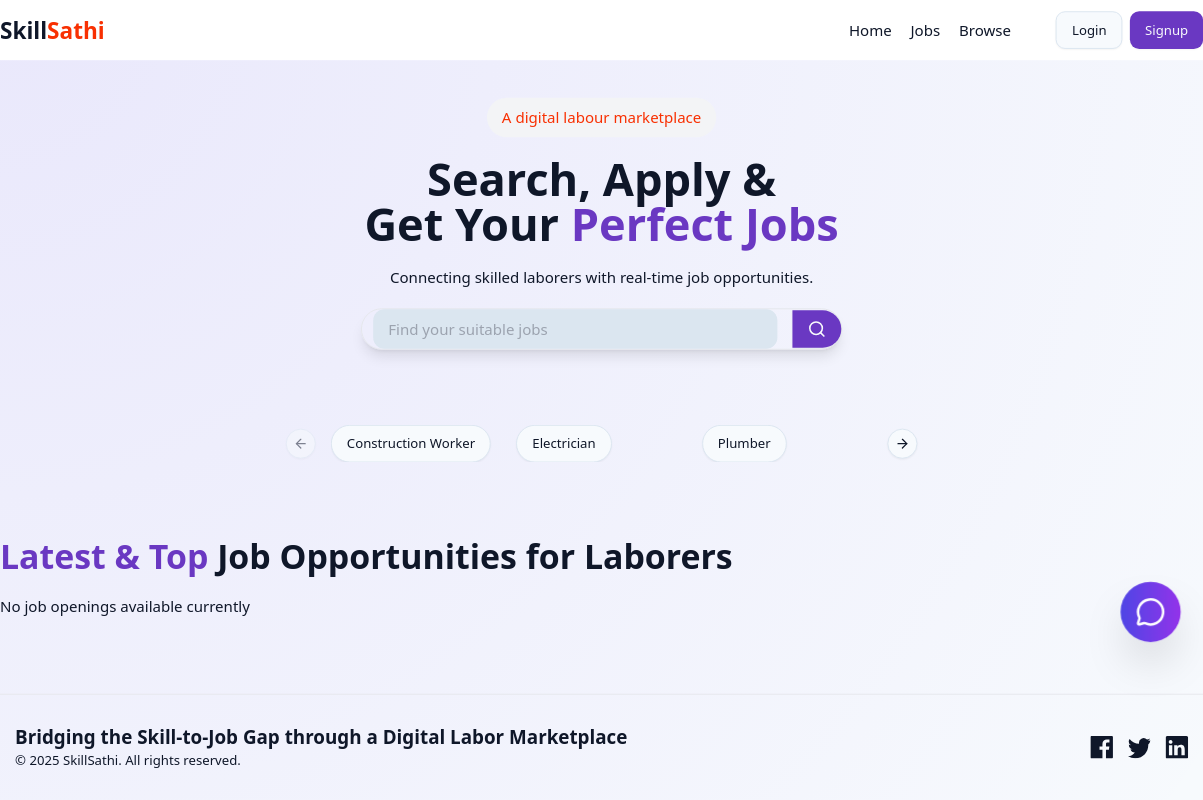
Repository: pi-AshuSingh/SkillSathi
Page: / (app in frontend/)
An editor plug-in stored every save of this project. The page is shown before and after the next save, followed by the edit.
The browser window is 1280 px wide. The pictures show the whole page, at 94% of full size.
The page's requests for data from a server got no answer. The project was rebuilt for these pictures with package versions that can differ from the ones it lists, and the page was loaded fresh each time. No one was signed in, and anything a server would have sent is missing. Also part of the build but not shown: frontend/vite.config.js, frontend/src/components/ui/popover.jsx, frontend/src/components/ui/avatar.jsx, frontend/src/components/ui/label.jsx, frontend/src/components/ui/input.jsx, frontend/src/components/ui/radio-group.jsx, frontend/src/components/auth/Login.jsx, frontend/src/components/auth/Signup.jsx and 32 more.

Above is the page before, as saved 2025-11-11 01:17:37.

### frontend/index.html
<!doctype html>
<html lang="en">
  <head>
    <meta charset="UTF-8" />
    <link rel="icon" type="image/svg+xml" href="/vite.svg" />
    <meta name="viewport" content="width=device-width, initial-scale=1.0" />
    <title>SkillSathi</title>
  </head>
  <body>
    <div id="root"></div>
    <script type="module" src="/src/main.jsx"></script>
  </body>
</html>

### frontend/src/index.css
@tailwind base;
@tailwind components;
@tailwind utilities;

@layer base {
  :root {
    /* Light mode colors */
    --background: 210 60% 98%;
    --foreground: 222 47% 11%;

    --card: 210 65% 96%;
    --card-foreground: 222 47% 11%;

    --popover: 210 65% 96%;
    --popover-foreground: 222 47% 11%;

    --primary: 255 84% 60%; /* vibrant blue */
    --primary-foreground: 210 40% 98%;

    --secondary: 300 45% 70%; /* gentle purple */
    --secondary-foreground: 255 84% 60%;

    --muted: 210 40% 95%;
    --muted-foreground: 210 20% 50%;

    --accent: 46 85% 65%; /* fresh green */
    --accent-foreground: 210 40% 98%;

    --destructive: 344 85% 58%; /* soft red */
    --destructive-foreground: 210 40% 98%;

    --border: 210 40% 90%;
    --input: 210 40% 90%;
    --ring: 255 84% 70%;

    --radius: 0.75rem;
    --shadow-sm: 0 1px 2px rgb(0 0 0 / 0.05);
    --shadow-md: 0 4px 6px rgb(0 0 0 / 0.1);
    --shadow-lg: 0 10px 15px rgb(0 0 0 / 0.15);
  }

  .dark {
    /* Dark mode colors */
    --background: 222 20% 15%;
    --foreground: 210 40% 98%;

    --card: 222 20% 20%;
    --card-foreground: 210 40% 98%;

    --popover: 222 20% 20%;
    --popover-foreground: 210 40% 98%;

    --primary: 255 84% 70%;
    --primary-foreground: 222 47% 11%;

    --secondary: 300 55% 75%;
    --secondary-foreground: 255 84% 70%;

    --muted: 222 20% 25%;
    --muted-foreground: 210 20% 70%;

    --accent: 140 60% 55%;
    --accent-foreground: 210 40% 98%;

    --destructive: 344 70% 58%;
    --destructive-foreground: 210 40% 98%;

    --border: 222 20% 25%;
    --input: 222 20% 25%;
    --ring: 255 84% 90%;
  }
}

@layer base {
  * {
    @apply border-border;
    transition-property: background-color, border-color, color, fill, stroke, box-shadow, transform;
    transition-duration: 300ms;
    transition-timing-function: cubic-bezier(0.4, 0, 0.2, 1);
  }

  body {
    @apply bg-background text-foreground font-sans leading-relaxed;
    background-image: radial-gradient(circle at top left, hsl(var(--primary) / 0.1), transparent);
  }

  button {
    @apply shadow-sm rounded-[var(--radius)] hover:shadow-md focus:outline-none focus:ring-2 focus:ring-offset-2 focus:ring-primary;
  }

  .card {
    @apply bg-card text-card-foreground p-6 rounded-[var(--radius)] shadow-md hover:shadow-lg transition-shadow;
  }

  input[type="text"], textarea, select {
    @apply bg-input border border-border rounded-[var(--radius)] px-4 py-2 focus:outline-none focus:ring-2 focus:ring-offset-1 focus:ring-accent transition;
  }
}

### frontend/src/components/ui/sonner.jsx
import { useTheme } from "next-themes"
import { Toaster as Sonner } from "sonner"

const Toaster = ({
  ...props
}) => {
  const { theme = "system" } = useTheme()

  return (
    (<Sonner
      theme={theme}
      className="toaster group"
      toastOptions={{
        classNames: {
          toast:
            "group toast group-[.toaster]:bg-background group-[.toaster]:text-foreground group-[.toaster]:border-border group-[.toaster]:shadow-lg",
          description: "group-[.toast]:text-muted-foreground",
          actionButton:
            "group-[.toast]:bg-primary group-[.toast]:text-primary-foreground",
          cancelButton:
            "group-[.toast]:bg-muted group-[.toast]:text-muted-foreground",
        },
      }}
      {...props} />)
  );
}

export { Toaster }

### frontend/src/components/Home.jsx
import React, { useEffect } from 'react'
import Navbar from './shared/Navbar'
import HeroSection from './HeroSection'
import CategoryCarousel from './CategoryCarousel'
import LatestJobs from './LatestJobs'
import Footer from './shared/Footer'
import useGetAllJobs from '@/hooks/useGetAllJobs'
import { useSelector } from 'react-redux'
import { useNavigate } from 'react-router-dom'

const Home = () => {
  useGetAllJobs();
  const { user } = useSelector(store => store.auth);
  const navigate = useNavigate();
  useEffect(() => {
    if (user?.role === 'recruiter') {
      navigate("/admin/companies");
    }
  }, []);
  return (
    <div>
      <Navbar />
      <HeroSection />
      <CategoryCarousel />
      <LatestJobs />
      <Footer />
    </div>
  )
}

export default Home

### frontend/src/components/ui/button.jsx
import * as React from "react"
import { Slot } from "@radix-ui/react-slot"
import { cva } from "class-variance-authority";

import { cn } from "@/lib/utils"

const buttonVariants = cva(
  "inline-flex items-center justify-center whitespace-nowrap rounded-md text-sm font-medium ring-offset-background transition-colors focus-visible:outline-none focus-visible:ring-2 focus-visible:ring-ring focus-visible:ring-offset-2 disabled:pointer-events-none disabled:opacity-50",
  {
    variants: {
      variant: {
        default: "bg-primary text-primary-foreground hover:bg-primary/90",
        destructive:
          "bg-destructive text-destructive-foreground hover:bg-destructive/90",
        outline:
          "border border-input bg-background hover:bg-accent hover:text-accent-foreground",
        secondary:
          "bg-secondary text-secondary-foreground hover:bg-secondary/80",
        ghost: "hover:bg-accent hover:text-accent-foreground",
        link: "text-primary underline-offset-4 hover:underline",
      },
      size: {
        default: "h-10 px-4 py-2",
        sm: "h-9 rounded-md px-3",
        lg: "h-11 rounded-md px-8",
        icon: "h-10 w-10",
      },
    },
    defaultVariants: {
      variant: "default",
      size: "default",
    },
  }
)

const Button = React.forwardRef(({ className, variant, size, asChild = false, ...props }, ref) => {
  const Comp = asChild ? Slot : "button"
  return (
    (<Comp
      className={cn(buttonVariants({ variant, size, className }))}
      ref={ref}
      {...props} />)
  );
})
Button.displayName = "Button"

export { Button, buttonVariants }

### frontend/src/components/HeroSection.jsx
import React, { useState } from 'react'
import { Button } from './ui/button'
import { Search } from 'lucide-react'
import { useDispatch } from 'react-redux';
import { setSearchedQuery } from '@/redux/jobSlice';
import { useNavigate } from 'react-router-dom';

const HeroSection = () => {
  const [query, setQuery] = useState("");
  const dispatch = useDispatch();
  const navigate = useNavigate();

  const searchJobHandler = () => {
    if(query.trim()) {
      dispatch(setSearchedQuery(query));
      navigate("/browse");
    }
  }

  return (
    <div className='text-center'>
      <div className='flex flex-col gap-5 my-10'>
        <span className='mx-auto px-4 py-2 rounded-full bg-gray-100 text-[#F83002] font-medium'>A digital labour marketplace</span>
        <h1 className='text-5xl font-bold'>
          Search, Apply & <br />
          Get Your <span className='text-[#6A38C2]'>Perfect Jobs</span>
        </h1>
        <p>Connecting skilled laborers with real-time job opportunities.</p>
        <div className='flex w-[40%] shadow-lg border border-gray-200 pl-3 rounded-full items-center gap-4 mx-auto'>
          <input
            type="text"
            placeholder='Find your suitable jobs'
            onChange={(e) => setQuery(e.target.value)}
            className='outline-none border-none w-full'
            value={query}
          />
          <Button onClick={searchJobHandler} className="rounded-r-full bg-[#6A38C2]">
            <Search className='h-5 w-5' />
          </Button>
        </div>
      </div>
    </div>
  )
}

export default HeroSection;

### frontend/src/components/CategoryCarousel.jsx
import React from 'react';
import { Carousel, CarouselContent, CarouselItem, CarouselNext, CarouselPrevious } from './ui/carousel';
import { Button } from './ui/button';
import { useDispatch } from 'react-redux';
import { useNavigate } from 'react-router-dom';
import { setSearchedQuery } from '@/redux/jobSlice';

const categories = [
  "Construction Worker",
  "Electrician",
  "Plumber",
  "Carpenter",
  "Daily Wage Laborer"
];

const CategoryCarousel = () => {
  const dispatch = useDispatch();
  const navigate = useNavigate();

  const searchJobHandler = (query) => {
    dispatch(setSearchedQuery(query));
    navigate("/browse");
  }

  return (
    <div>
      <Carousel className="w-full max-w-xl mx-auto my-20">
        <CarouselContent>
          {
            categories.map((cat, index) => (
              <CarouselItem className="md:basis-1/2 lg:basis-1/3" key={index}>
                <Button onClick={() => searchJobHandler(cat)} variant="outline" className="rounded-full">
                  {cat}
                </Button>
              </CarouselItem>
            ))
          }
        </CarouselContent>
        <CarouselPrevious />
        <CarouselNext />
      </Carousel>
    </div>
  )
}

export default CategoryCarousel;

### frontend/src/components/LatestJobs.jsx
import React from 'react';
import LatestJobCards from './LatestJobCards';
import { useSelector } from 'react-redux';

const LatestJobs = () => {
  const { allJobs } = useSelector(store => store.job);

  return (
    <div className='max-w-7xl mx-auto my-20'>
      <h1 className='text-4xl font-bold'>
        <span className='text-[#6A38C2]'>Latest & Top </span> Job Opportunities for Laborers
      </h1>
      <div className='grid grid-cols-1 sm:grid-cols-2 md:grid-cols-3 gap-4 my-5'>
        {
          allJobs.length <= 0
          ? <span>No job openings available currently</span>
          : allJobs.slice(0, 6).map((job) => <LatestJobCards key={job._id} job={job} />)
        }
      </div>
    </div>
  );
};

export default LatestJobs;

### frontend/src/components/shared/Footer.jsx
import React from 'react';

const Footer = () => {
  return (
    <footer className="border-t border-t-gray-200 py-8">
      <div className="container mx-auto px-4">
        <div className="flex flex-col md:flex-row justify-between items-center">
          <div className="mb-4 md:mb-0">
            <h2 className="text-xl font-bold">Bridging the Skill-to-Job Gap through a Digital Labor Marketplace</h2>
            <p className="text-sm">© 2025 SkillSathi. All rights reserved.</p>
          </div>

          <div className="flex space-x-4 mt-4 md:mt-0">
  <a href="https://facebook.com" className="hover:text-gray-400" aria-label="[translate:Facebook]">
    <svg className="w-6 h-6" fill="currentColor" viewBox="0 0 24 24">
      <path d="M22.676 0H1.324C.593 0 0 .592 0 1.324v21.352C0 23.408.593 24 1.324 24H12.82V14.706H9.692v-3.578h3.128V8.408c0-3.1 1.893-4.787 4.657-4.787 1.325 0 2.463.1 2.794.144v3.238l-1.918.001c-1.503 0-1.794.715-1.794 1.762v2.31h3.587l-.468 3.578h-3.119V24h6.116C23.407 24 24 23.408 24 22.676V1.324C24 .592 23.407 0 22.676 0z" />
    </svg>
  </a>
  <a href="https://twitter.com" className="hover:text-gray-400" aria-label="[translate:Twitter]">
    <svg className="w-6 h-6" fill="currentColor" viewBox="0 0 24 24">
      <path d="M24 4.557a9.835 9.835 0 01-2.828.775 4.934 4.934 0 002.165-2.724 9.867 9.867 0 01-3.127 1.195 4.924 4.924 0 00-8.38 4.49A13.978 13.978 0 011.67 3.149 4.93 4.93 0 003.16 9.724a4.903 4.903 0 01-2.229-.616v.062a4.93 4.93 0 003.946 4.827 4.902 4.902 0 01-2.224.084 4.93 4.93 0 004.6 3.417A9.869 9.869 0 010 21.543a13.978 13.978 0 007.548 2.212c9.057 0 14.01-7.507 14.01-14.01 0-.213-.004-.425-.015-.636A10.012 10.012 0 0024 4.557z" />
    </svg>
  </a>
  <a href="https://linkedin.com" className="hover:text-gray-400" aria-label="[translate:LinkedIn]">
    <svg className="w-6 h-6" fill="currentColor" viewBox="0 0 24 24">
      <path d="M20.447 20.452H16.85v-5.569c0-1.327-.027-3.037-1.852-3.037-1.854 0-2.137 1.446-2.137 2.94v5.666H9.147V9.756h3.448v1.464h.05c.48-.91 1.653-1.871 3.401-1.871 3.634 0 4.307 2.39 4.307 5.498v5.605zM5.337 8.29c-1.105 0-2-.896-2-2 0-1.106.895-2 2-2 1.104 0 2 .895 2 2 0 1.104-.896 2-2 2zM7.119 20.452H3.553V9.756h3.566v10.696zM22.225 0H1.771C.791 0 0 .774 0 1.729v20.542C0 23.226.792 24 1.771 24h20.451c.979 0 1.771-.774 1.771-1.729V1.729C24 .774 23.205 0 22.225 0z" />
    </svg>
  </a>
</div>

        </div>
      </div>
    </footer>
  );
}

export default Footer;

### frontend/src/hooks/useGetAllJobs.jsx
import { setAllJobs } from '@/redux/jobSlice'
import { JOB_API_END_POINT } from '@/utils/constant'
import axios from 'axios'
import { useEffect } from 'react'
import { useDispatch, useSelector } from 'react-redux'

const useGetAllJobs = () => {
    const dispatch = useDispatch();
    const {searchedQuery} = useSelector(store=>store.job);
    useEffect(()=>{
        const fetchAllJobs = async () => {
            try {
                const res = await axios.get(`${JOB_API_END_POINT}/get?keyword=${searchedQuery}`,{withCredentials:true});
                if(res.data.success){
                    dispatch(setAllJobs(res.data.jobs));
                }
            } catch (error) {
                console.log(error);
                if (error?.response?.status === 401) {
                    dispatch(setAllJobs([])); // Clear jobs on unauthorized
                }
            }
        }
        fetchAllJobs();
    },[])
}

export default useGetAllJobs

Loaded but not shown: frontend/src/main.jsx (common file); frontend/src/redux/authSlice.js (common file); frontend/src/redux/applicationSlice.js (common file); frontend/src/lib/utils.js (common file); frontend/tailwind.config.js (common file); frontend/src/redux/jobSlice.js (43 lines, source omitted); frontend/src/redux/store.js (43 lines, source omitted); frontend/src/redux/companySlice.js (24 lines, source omitted); frontend/src/utils/constant.js (9 lines, source omitted); frontend/src/components/Chatbot.jsx (275 lines, source omitted); frontend/src/components/shared/Navbar.jsx (108 lines, source omitted); frontend/src/App.jsx (196 lines, source omitted); frontend/src/components/ui/carousel.jsx (193 lines, source omitted)

After the next save:
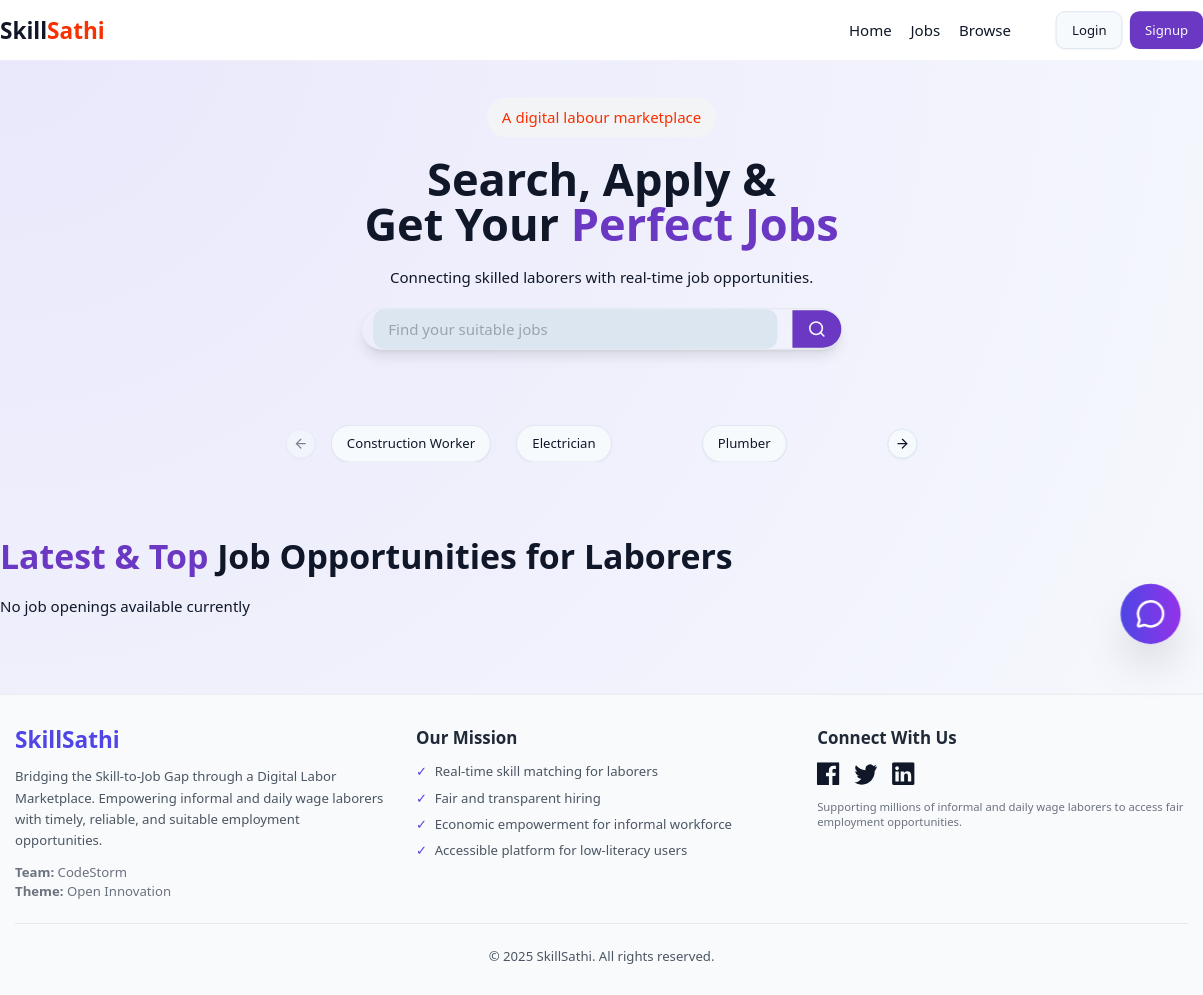
Saved 7 min 30 s later.
--- a/frontend/src/components/shared/Footer.jsx
+++ b/frontend/src/components/shared/Footer.jsx
@@ -2,32 +2,76 @@ import React from 'react';
 
 const Footer = () => {
   return (
-    <footer className="border-t border-t-gray-200 py-8">
+    <footer className="border-t border-t-gray-200 py-8 bg-gray-50">
       <div className="container mx-auto px-4">
-        <div className="flex flex-col md:flex-row justify-between items-center">
-          <div className="mb-4 md:mb-0">
-            <h2 className="text-xl font-bold">Bridging the Skill-to-Job Gap through a Digital Labor Marketplace</h2>
-            <p className="text-sm">© 2025 SkillSathi. All rights reserved.</p>
+        <div className="grid grid-cols-1 md:grid-cols-3 gap-8 mb-6">
+          {/* About Section */}
+          <div>
+            <h2 className="text-2xl font-bold text-indigo-600 mb-3">SkillSathi</h2>
+            <p className="text-sm text-gray-600 leading-relaxed">
+              Bridging the Skill-to-Job Gap through a Digital Labor Marketplace.
+              Empowering informal and daily wage laborers with timely, reliable, and suitable employment opportunities.
+            </p>
+            <p className="text-sm text-gray-500 mt-3">
+              <strong>Team:</strong> CodeStorm<br />
+              <strong>Theme:</strong> Open Innovation
+            </p>
+            </div>
+
+          {/* Mission Section */}
+          <div>
+            <h3 className="text-lg font-semibold mb-3 text-gray-800">Our Mission</h3>
+            <ul className="text-sm text-gray-600 space-y-2">
+              <li className="flex items-start">
+                <span className="text-indigo-600 mr-2">✓</span>
+                <span>Real-time skill matching for laborers</span>
+              </li>
+              <li className="flex items-start">
+                <span className="text-indigo-600 mr-2">✓</span>
+                <span>Fair and transparent hiring</span>
+              </li>
+              <li className="flex items-start">
+                <span className="text-indigo-600 mr-2">✓</span>
+                <span>Economic empowerment for informal workforce</span>
+              </li>
+              <li className="flex items-start">
+                <span className="text-indigo-600 mr-2">✓</span>
+                <span>Accessible platform for low-literacy users</span>
+              </li>
+            </ul>
           </div>
 
-          <div className="flex space-x-4 mt-4 md:mt-0">
-  <a href="https://facebook.com" className="hover:text-gray-400" aria-label="[translate:Facebook]">
-    <svg className="w-6 h-6" fill="currentColor" viewBox="0 0 24 24">
-      <path d="M22.676 0H1.324C.593 0 0 .592 0 1.324v21.352C0 23.408.593 24 1.324 24H12.82V14.706H9.692v-3.578h3.128V8.408c0-3.1 1.893-4.787 4.657-4.787 1.325 0 2.463.1 2.794.144v3.238l-1.918.001c-1.503 0-1.794.715-1.794 1.762v2.31h3.587l-.468 3.578h-3.119V24h6.116C23.407 24 24 23.408 24 22.676V1.324C24 .592 23.407 0 22.676 0z" />
-    </svg>
-  </a>
-  <a href="https://twitter.com" className="hover:text-gray-400" aria-label="[translate:Twitter]">
-    <svg className="w-6 h-6" fill="currentColor" viewBox="0 0 24 24">
-      <path d="M24 4.557a9.835 9.835 0 01-2.828.775 4.934 4.934 0 002.165-2.724 9.867 9.867 0 01-3.127 1.195 4.924 4.924 0 00-8.38 4.49A13.978 13.978 0 011.67 3.149 4.93 4.93 0 003.16 9.724a4.903 4.903 0 01-2.229-.616v.062a4.93 4.93 0 003.946 4.827 4.902 4.902 0 01-2.224.084 4.93 4.93 0 004.6 3.417A9.869 9.869 0 010 21.543a13.978 13.978 0 007.548 2.212c9.057 0 14.01-7.507 14.01-14.01 0-.213-.004-.425-.015-.636A10.012 10.012 0 0024 4.557z" />
-    </svg>
-  </a>
-  <a href="https://linkedin.com" className="hover:text-gray-400" aria-label="[translate:LinkedIn]">
-    <svg className="w-6 h-6" fill="currentColor" viewBox="0 0 24 24">
-      <path d="M20.447 20.452H16.85v-5.569c0-1.327-.027-3.037-1.852-3.037-1.854 0-2.137 1.446-2.137 2.94v5.666H9.147V9.756h3.448v1.464h.05c.48-.91 1.653-1.871 3.401-1.871 3.634 0 4.307 2.39 4.307 5.498v5.605zM5.337 8.29c-1.105 0-2-.896-2-2 0-1.106.895-2 2-2 1.104 0 2 .895 2 2 0 1.104-.896 2-2 2zM7.119 20.452H3.553V9.756h3.566v10.696zM22.225 0H1.771C.791 0 0 .774 0 1.729v20.542C0 23.226.792 24 1.771 24h20.451c.979 0 1.771-.774 1.771-1.729V1.729C24 .774 23.205 0 22.225 0z" />
-    </svg>
-  </a>
-</div>
+          {/* Connect Section */}
+          <div>
+            <h3 className="text-lg font-semibold mb-3 text-gray-800">Connect With Us</h3>
+            <div className="flex space-x-4 mb-4">
+              <a href="https://facebook.com" className="hover:text-indigo-600 transition-colors" aria-label="Facebook">
+                <svg className="w-6 h-6" fill="currentColor" viewBox="0 0 24 24">
+                  <path d="M22.676 0H1.324C.593 0 0 .592 0 1.324v21.352C0 23.408.593 24 1.324 24H12.82V14.706H9.692v-3.578h3.128V8.408c0-3.1 1.893-4.787 4.657-4.787 1.325 0 2.463.1 2.794.144v3.238l-1.918.001c-1.503 0-1.794.715-1.794 1.762v2.31h3.587l-.468 3.578h-3.119V24h6.116C23.407 24 24 23.408 24 22.676V1.324C24 .592 23.407 0 22.676 0z" />
+                </svg>
+              </a>
+              <a href="https://twitter.com" className="hover:text-indigo-600 transition-colors" aria-label="Twitter">
+                <svg className="w-6 h-6" fill="currentColor" viewBox="0 0 24 24">
+                  <path d="M24 4.557a9.835 9.835 0 01-2.828.775 4.934 4.934 0 002.165-2.724 9.867 9.867 0 01-3.127 1.195 4.924 4.924 0 00-8.38 4.49A13.978 13.978 0 011.67 3.149 4.93 4.93 0 003.16 9.724a4.903 4.903 0 01-2.229-.616v.062a4.93 4.93 0 003.946 4.827 4.902 4.902 0 01-2.224.084 4.93 4.93 0 004.6 3.417A9.869 9.869 0 010 21.543a13.978 13.978 0 007.548 2.212c9.057 0 14.01-7.507 14.01-14.01 0-.213-.004-.425-.015-.636A10.012 10.012 0 0024 4.557z" />
+                </svg>
+              </a>
+              <a href="https://linkedin.com" className="hover:text-indigo-600 transition-colors" aria-label="LinkedIn">
+                <svg className="w-6 h-6" fill="currentColor" viewBox="0 0 24 24">
+                  <path d="M20.447 20.452H16.85v-5.569c0-1.327-.027-3.037-1.852-3.037-1.854 0-2.137 1.446-2.137 2.94v5.666H9.147V9.756h3.448v1.464h.05c.48-.91 1.653-1.871 3.401-1.871 3.634 0 4.307 2.39 4.307 5.498v5.605zM5.337 8.29c-1.105 0-2-.896-2-2 0-1.106.895-2 2-2 1.104 0 2 .895 2 2 0 1.104-.896 2-2 2zM7.119 20.452H3.553V9.756h3.566v10.696zM22.225 0H1.771C.791 0 0 .774 0 1.729v20.542C0 23.226.792 24 1.771 24h20.451c.979 0 1.771-.774 1.771-1.729V1.729C24 .774 23.205 0 22.225 0z" />
+                </svg>
+              </a>
+            </div>
+            <p className="text-xs text-gray-500">
+              Supporting millions of informal and daily wage laborers to access fair employment opportunities.
+            </p>
+          </div>
+        </div>
 
+        {/* Bottom Bar */}
+        <div className="border-t border-gray-200 pt-6 text-center">
+          <p className="text-sm text-gray-600">
+          © 2025 SkillSathi. All rights reserved.
+          </p>
         </div>
       </div>
     </footer>
